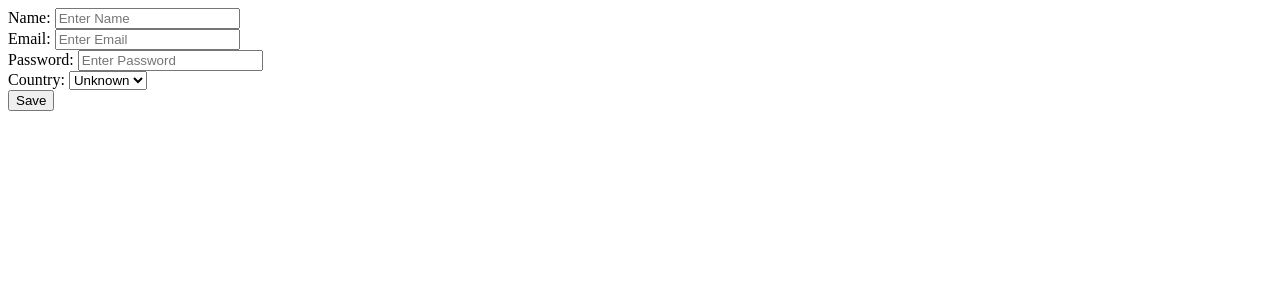
Repository: Kinjaljain047/ibm-fsd-000ggc
Page: http://localhost/Employee_28th_08/addemployee_view
An editor plug-in stored every save of this project. The page is shown before and after the next save, followed by the edit.
The browser window is 1280 px wide. The pictures show the whole page.
The page is served by Tomcat 9. Other server files are loaded and not shown.

Above is the page before, as saved 2019-08-28 09:00:42.

### eclipse-workspace/Employee_28th_08/src/comm/employee/view/AddEmployeeView.java
package comm.employee.view;

import java.io.IOException;
import java.io.PrintWriter;
import java.util.List;

import javax.servlet.ServletConfig;
import javax.servlet.ServletException;
import javax.servlet.annotation.WebInitParam;
import javax.servlet.annotation.WebServlet;
import javax.servlet.http.HttpServlet;
import javax.servlet.http.HttpServletRequest;
import javax.servlet.http.HttpServletResponse;

/**
 * Servlet implementation class AddEmployeeView
 */
@WebServlet(
		urlPatterns = { "/addemployee_view" },
		initParams = {
				@WebInitParam(name = "country_list", value = "Select,USA,UK,INDIA,SA")
		})
public class AddEmployeeView extends HttpServlet {
	private static final long serialVersionUID = 1L;
        private String sList;

        @Override
        public void init(ServletConfig config) throws ServletException {
        	super.init(config);
        	sList=config.getInitParameter("country_list");
        }

	protected void doGet(HttpServletRequest request, HttpServletResponse response) throws ServletException, IOException {
		doProcess(request,response);
	}

	/**
	 * @see HttpServlet#doPost(HttpServletRequest request, HttpServletResponse response)
	 */
	protected void doPost(HttpServletRequest request, HttpServletResponse response) throws ServletException, IOException {

		doProcess(request, response);
	}
	protected void doProcess(HttpServletRequest request, HttpServletResponse response) throws ServletException, IOException {
		response.setContentType("text/html");
        PrintWriter out=response.getWriter();

		out.println("<html><body>");

		@SuppressWarnings("unchecked")
		List<String> err=(List<String>) request.getAttribute("ERROR");
		if(err!=null)
		{
			for(String s:err)
			{
				out.println("<font color='red'>"+s+"</font><br/>");
			}
		}

		out.println("<form action='add_employee' method='post'>");

		out.println("<div class=\"form-group\">");
		out.println("<label for=\"name\">Name:</label>");
		out.println("<input type=\"text\" class=\"form-control\" name=\"name\" placeholder=\"Enter Name\">");
		out.println("</div>");

		out.println("<div class=\"form-group\">");
		out.println("<label for=\"email\">Email:</label>");
		out.println("<input type=\"email\" class=\"form-control\" name=\"email\" placeholder=\"Enter Email\">");
		out.println("</div>");

		out.println("<div class=\"form-group\">");
		out.println("<label for=\"password\">Password:</label>");
		out.println("<input type=\"password\" class=\"form-control\" name=\"password\" placeholder=\"Enter Password\">");
		out.println("</div>");

		out.println("<div class=\"form-group\">");
		out.println("<label for=\"country\">Country:</label>");
		//String sList=getServletConfig().getInitParameter("season-list");
		String arrSList[]=sList.split(",");
		out.println("<select name='country'><option value='country'>Unknown</option>");
		for(String str:arrSList)
		{
			out.println("<option value='"+str+"'"+">"+str+"</option>");
		}
		out.println("</div>");
		out.println("</select><br/><input type='submit' value='Save'></form></body></html>");
	}


	}

After the next save:
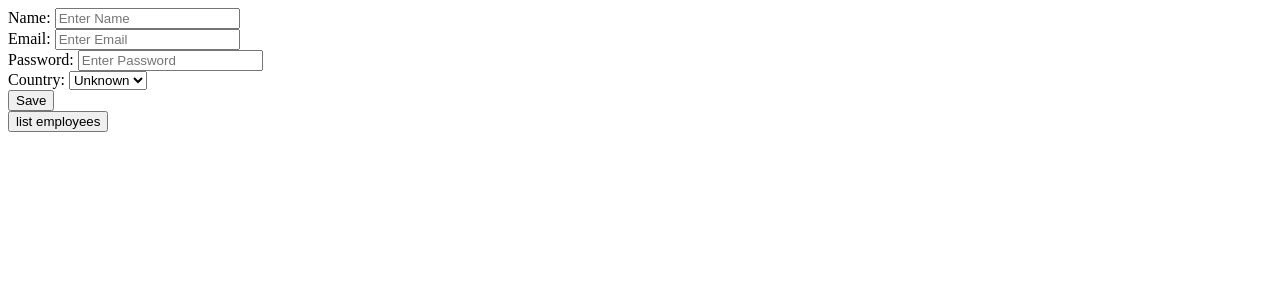
Saved 78 s later.
--- a/eclipse-workspace/Employee_28th_08/src/comm/employee/view/AddEmployeeView.java
+++ b/eclipse-workspace/Employee_28th_08/src/comm/employee/view/AddEmployeeView.java
@@ -85,7 +85,8 @@ public class AddEmployeeView extends HttpServlet {
 		}
 		out.println("</div>");
 		out.println("</select><br/><input type='submit' value='Save'></form></body></html>");
-	}
 
+	out.println("<br><a href=\"list_employee\"><button type='button'>list employees</button></a>");
 
 	}
+}
